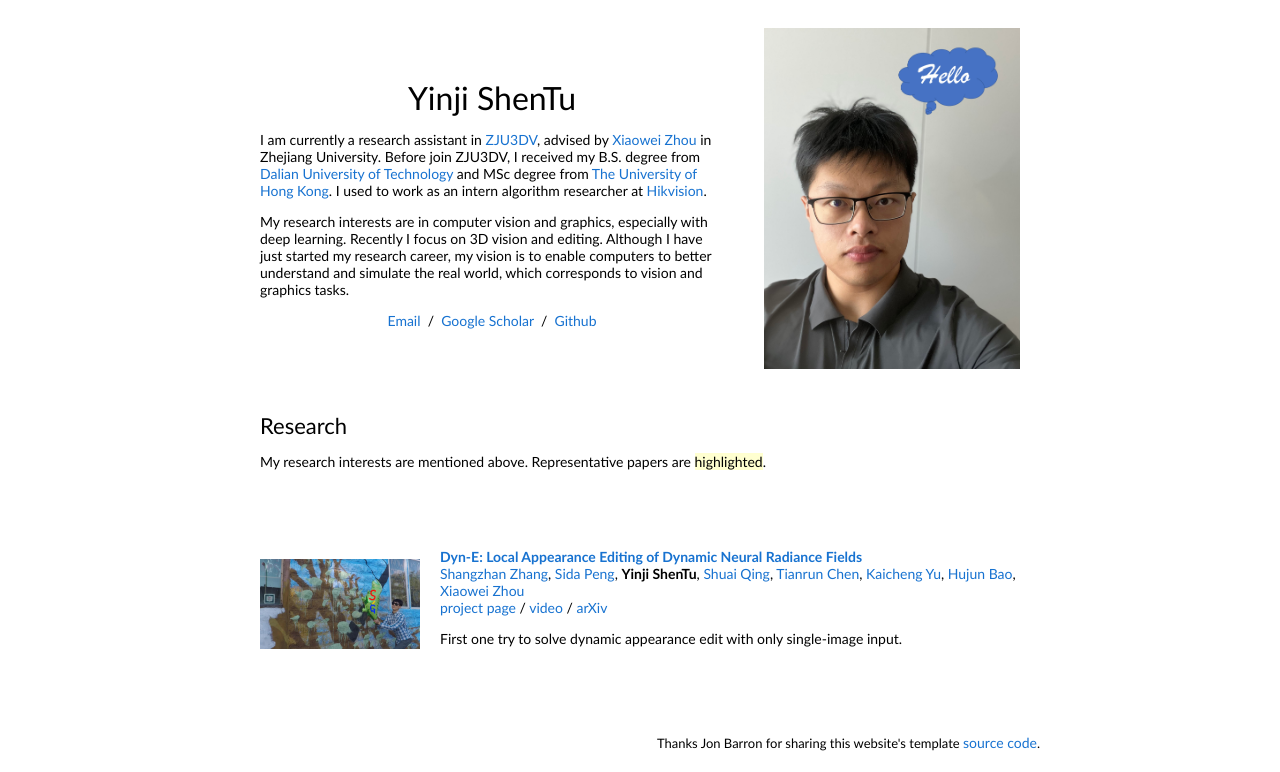
Repository: STLAND-admin/stland-admin.github.io
Page: index.html
An editor plug-in stored every save of this project. The page is shown before and after the next save, followed by the edit.
The browser window is 1280 px wide. The pictures show the whole page.

Above is the page before, as saved 2023-08-12 17:07:30.

After the next save:
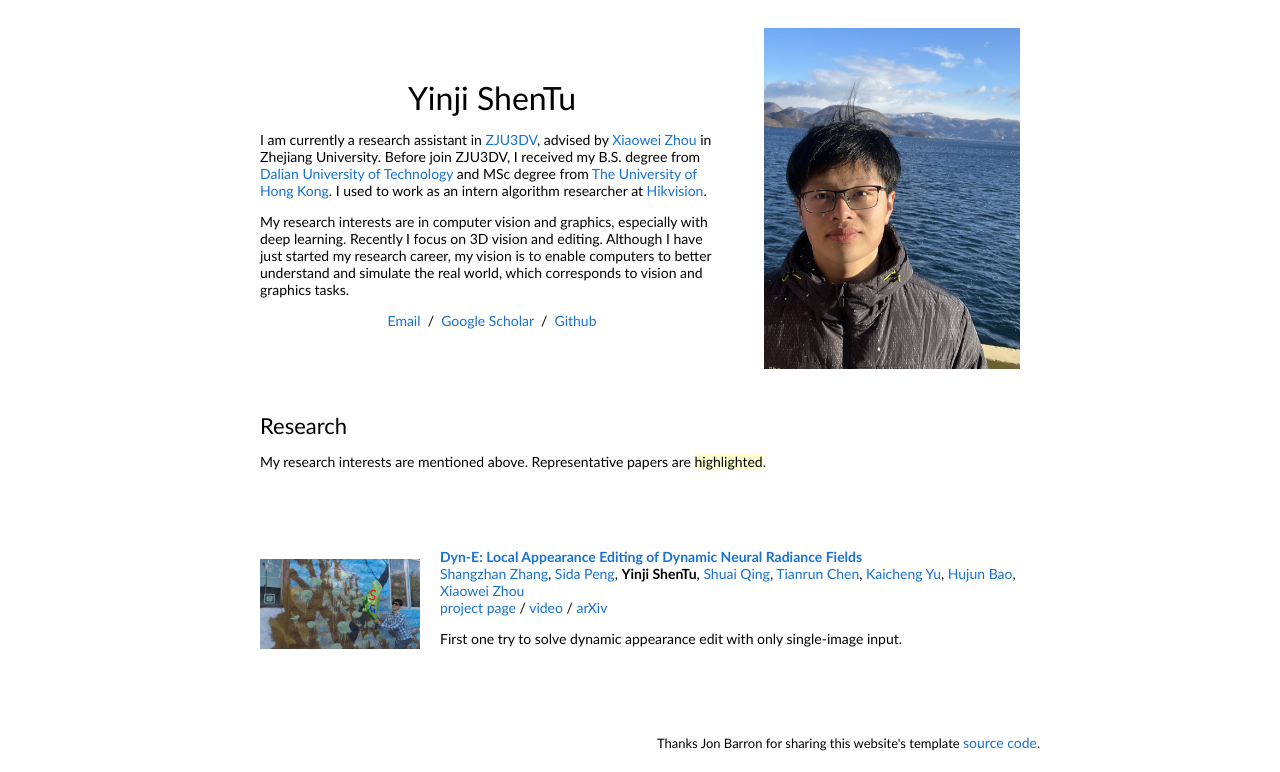
Saved 249 days later.
--- a/index.html
+++ b/index.html
@@ -36,7 +36,7 @@
                 </p>
               </td>
               <td style="padding:2.5%;width:40%;max-width:40%">
-                <a href="images/selfie1.jpg"><img style="width:100%;max-width:100%" alt="profile photo" src="images/selfie1.jpg" class="hoverZoomLink"></a>
+                <a href="images/selfyNew.jpg"><img style="width:100%;max-width:100%" alt="profile photo" src="images/selfyNew.jpg" class="hoverZoomLink"></a>
               </td>
             </tr>
           </tbody></table>
